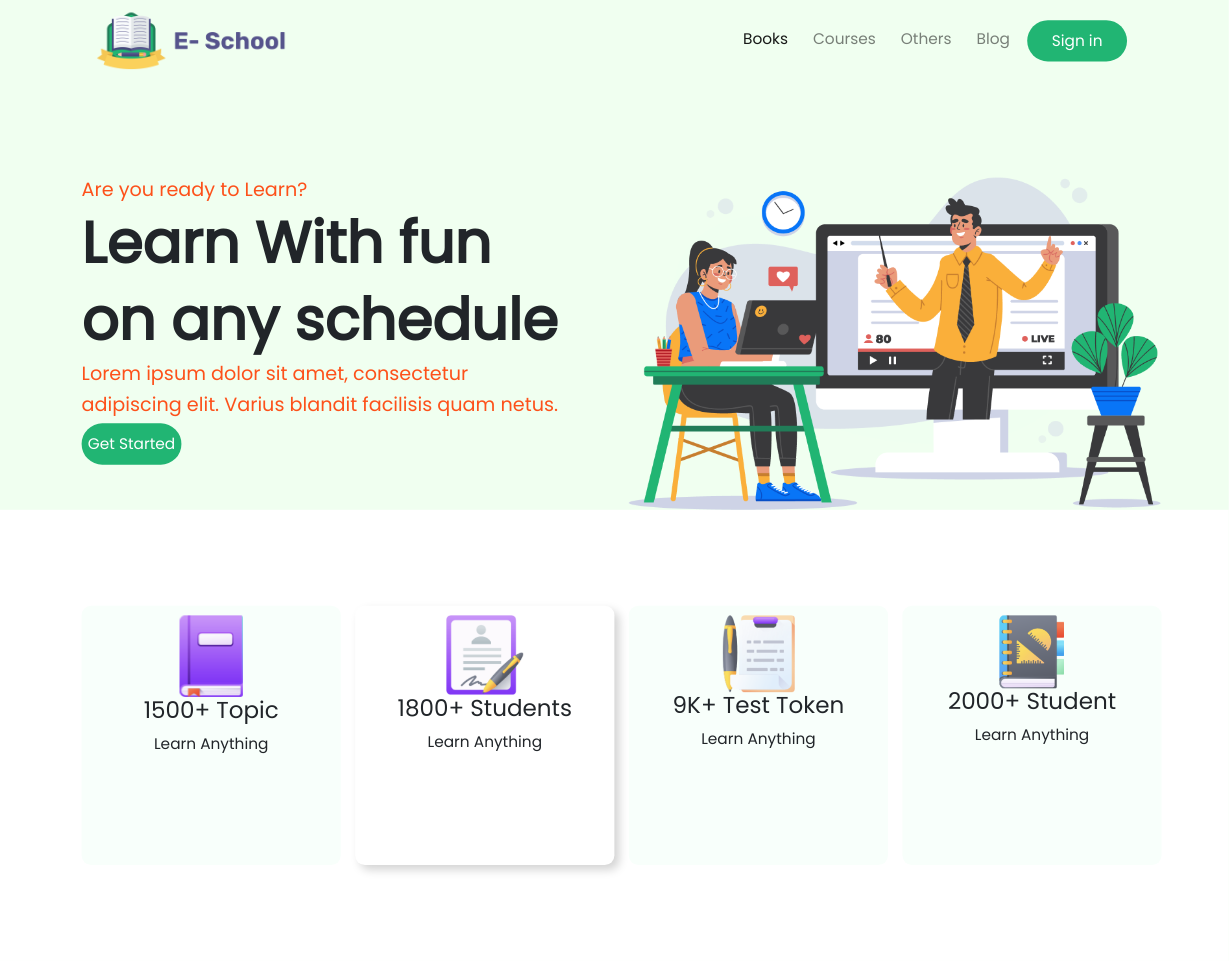
Repository: mohsinfarabi/e-school
Page: index.html
The author's editor kept a copy of each file at every save. The page is drawn from the files as they stood at one save, then again after the next save.
The browser window is 1280 px wide. The pictures show the whole page, at 96% of full size.

Above is the page before, as saved 2020-07-08 18:27:13.

### index.html
<!DOCTYPE html>
<html lang="en">

<head>
    <meta charset="UTF-8">
    <meta name="viewport" content="width=device-width, initial-scale=1.0">
    <link rel="stylesheet" href="css/bootstrap/css/bootstrap.min.css">
    <link rel="stylesheet" href="style.css">
    <link href="https://fonts.googleapis.com/css2?family=Poppins" rel="stylesheet">
    <title>E-School</title>
</head>

<body>
    <section class="top-part">
        <div class="container">
            <nav class="navbar navbar-expand-lg navbar-light bg-transparent">
                <a class="navbar-brand" href="#"><img src="images/icon/Logo.png " alt=" "></a>
                </a>
                <button class="navbar-toggler" type="button" data-toggle="collapse" data-target="#navbarNav" aria-controls="navbarNav" aria-expanded="false" aria-label="Toggle navigation">
                  <span class="navbar-toggler-icon"></span>
                </button>

                <div class="collapse navbar-collapse" id="navbarNav">
                    <ul class="navbar-nav ml-auto">
                        <li class="nav-item active ">
                            <a class="nav-link " href="#books ">Books</a>
                        </li>
                        <li class="nav-item ">
                            <a class="nav-link " href="#courses ">Courses</a>
                        </li>
                        <li class="nav-item ">
                            <a class="nav-link " href="#others ">Others</a>
                        </li>
                        <li class="nav-item ">
                            <a class="nav-link " href="#blog ">Blog</a>
                        </li>
                        <li class="nav-item ">
                            <button class="sign-in">Sign in</button>
                        </li>

                    </ul>
                </div>

            </nav>
        </div>
        <div class="container">
            <div class="row top">
                <div class="col-md-6">

                    <h5>Are you ready to Learn?</h5>
                    <h1>Learn With fun </h1>
                    <h1>on any schedule</h1>

                    <h5>Lorem ipsum dolor sit amet, consectetur </h5>
                    <h5>adipiscing elit. Varius blandit facilisis quam netus.</h5>

                    <button class="sign-in">Get Started</button>

                </div>
                <div class="col-md-6">

                    <img src="images/Photos/Illustration.png" alt="">
                </div>
            </div>
        </div>
    </section>

    <div class="container categories">
        <div class="row">
            <div class="col-md-3">
                <div class="cat1 d-flex flex-column align-items-center">

                    <img src="images/icon/book.png" alt="">

                    <h4>1500+ Topic</h4>
                    <p>Learn Anything</p>
                </div>
            </div>
            <div class="col-md-3">
                <div class="cat2 d-flex flex-column align-items-center">

                    <img src="images/icon/Student.png" alt="">

                    <h4>1800+ Students</h4>
                    <p>Learn Anything</p>
                </div>
            </div>
            <div class="col-md-3">
                <div class="cat3 d-flex flex-column align-items-center">

                    <img src="images/icon/Test.png" alt="">

                    <h4>9K+ Test Token</h4>
                    <p>Learn Anything</p>
                </div>
            </div>
            <div class="col-md-3">
                <div class="cat4 d-flex flex-column align-items-center">

                    <img src="images/icon/Students.png" alt="">

                    <h4>2000+ Student</h4>
                    <p>Learn Anything</p>

                </div>
            </div>
        </div>
    </div>












    <script src="https://code.jquery.com/jquery-3.5.1.slim.min.js " integrity="sha384-DfXdz2htPH0lsSSs5nCTpuj/zy4C+OGpamoFVy38MVBnE+IbbVYUew+OrCXaRkfj " crossorigin="anonymous "></script>
    <script src="https://cdn.jsdelivr.net/npm/popper.js@1.16.0/dist/umd/popper.min.js " integrity="sha384-Q6E9RHvbIyZFJoft+2mJbHaEWldlvI9IOYy5n3zV9zzTtmI3UksdQRVvoxMfooAo " crossorigin="anonymous "></script>
    <script src="https://stackpath.bootstrapcdn.com/bootstrap/4.5.0/js/bootstrap.min.js " integrity="sha384-OgVRvuATP1z7JjHLkuOU7Xw704+h835Lr+6QL9UvYjZE3Ipu6Tp75j7Bh/kR0JKI " crossorigin="anonymous "></script>
</body>

</html>

### style.css
body {
    font-family: 'Poppins', sans-serif;
}

.container {
    margin-bottom: 100px;
}

.top-part {
    background-color: #F0FFF0;
}

.bg-light {
    background-color: #F0FFF0;
}

.navbar img {
    width: 198.07px;
    height: 59px;
}

.nav-item {
    padding: 5px;
    color: black;
}

.sign-in {
    width: 104px;
    height: 43px;
    border: none;
    background: #21B573;
    border-radius: 33px;
    color: white;
}

.top h5 {
    color: #FD511A;
}

.top h1 {
    font-weight: 700;
    font-size: 60px;
}

.top img {
    width: 554px;
    height: 346px;
}

.cat1,
.cat2,
.cat3,
.cat4 {
    width: 270px;
    height: 270px;
    padding: 10px 30px;
    border-radius: 10px;
    border: none;
}

.cat2 {
    box-shadow: 5px 5px 10px lightgray;
}

.cat1,
.cat3,
.cat4 {
    background-color: #F8FFFB;
}

.cat1 img {
    width: 66px;
    height: 85px;
}

.cat2 img {
    width: 80px;
    height: 83px;
}

.cat3 img {
    width: 75px;
    height: 80px;
}

.cat4 img {
    width: 68px;
    height: 76px;
}

Loaded but not shown: css/bootstrap/css/bootstrap.min.css (library)

After the next save:
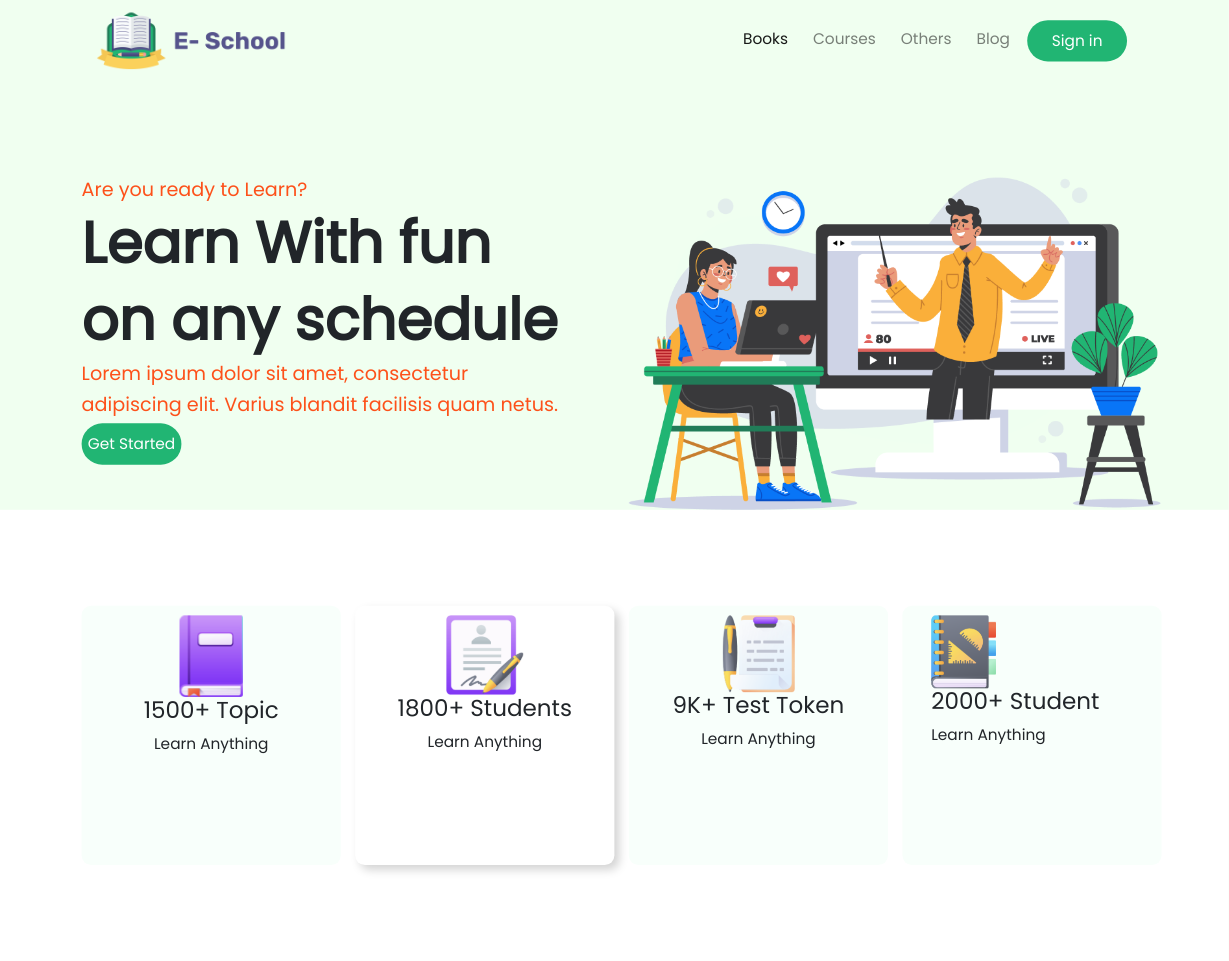
Saved 7 s later.
--- a/index.html
+++ b/index.html
@@ -95,7 +95,7 @@
                 </div>
             </div>
             <div class="col-md-3">
-                <div class="cat4 d-flex flex-column align-items-center">
+                <div class="cat4 d-flex flex-column align-content-center">
 
                     <img src="images/icon/Students.png" alt="">
 

After the save that followed:
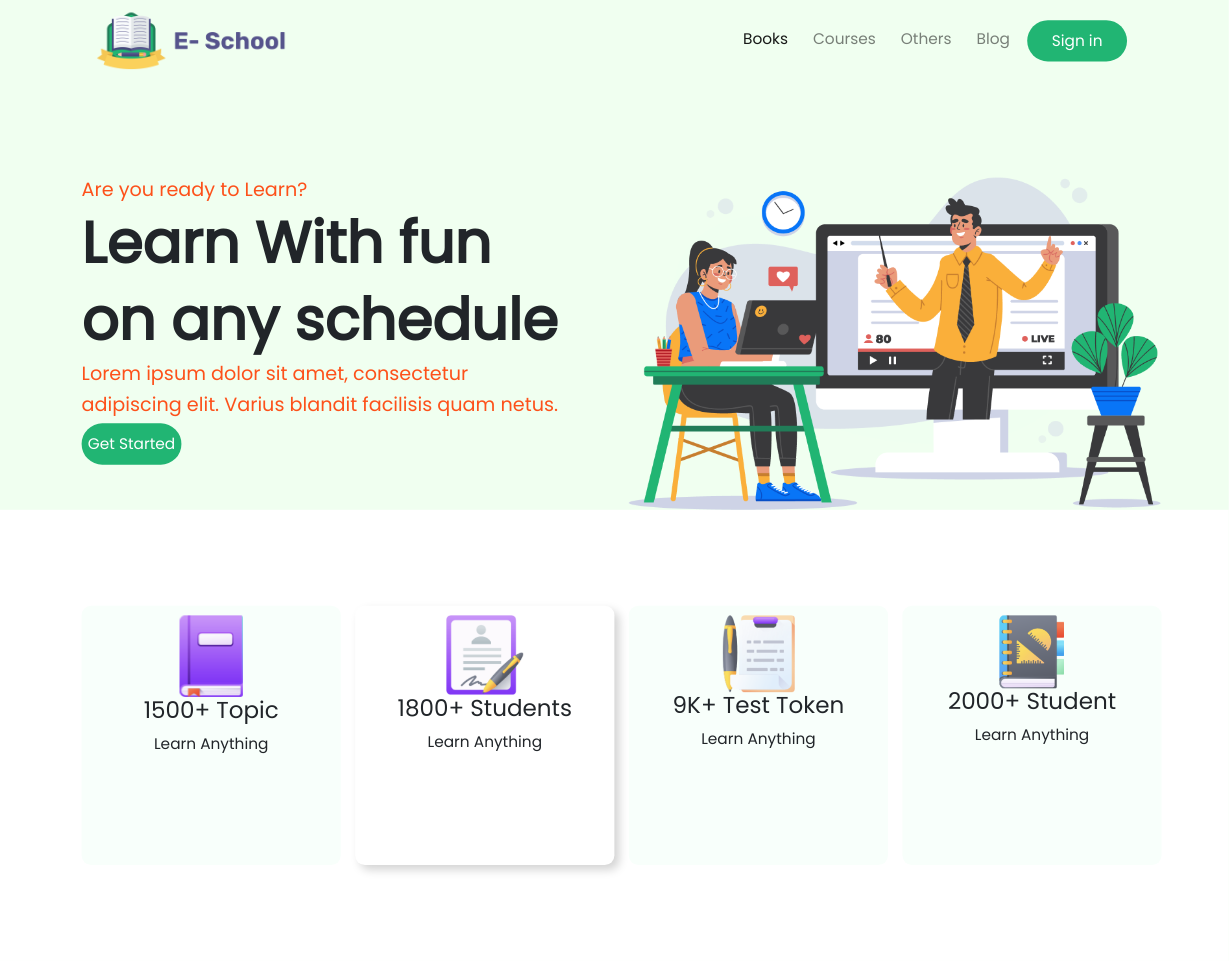
Saved 5 s later.
--- a/index.html
+++ b/index.html
@@ -95,7 +95,7 @@
                 </div>
             </div>
             <div class="col-md-3">
-                <div class="cat4 d-flex flex-column align-content-center">
+                <div class="cat4 d-flex flex-column align-items-center">
 
                     <img src="images/icon/Students.png" alt="">
 
